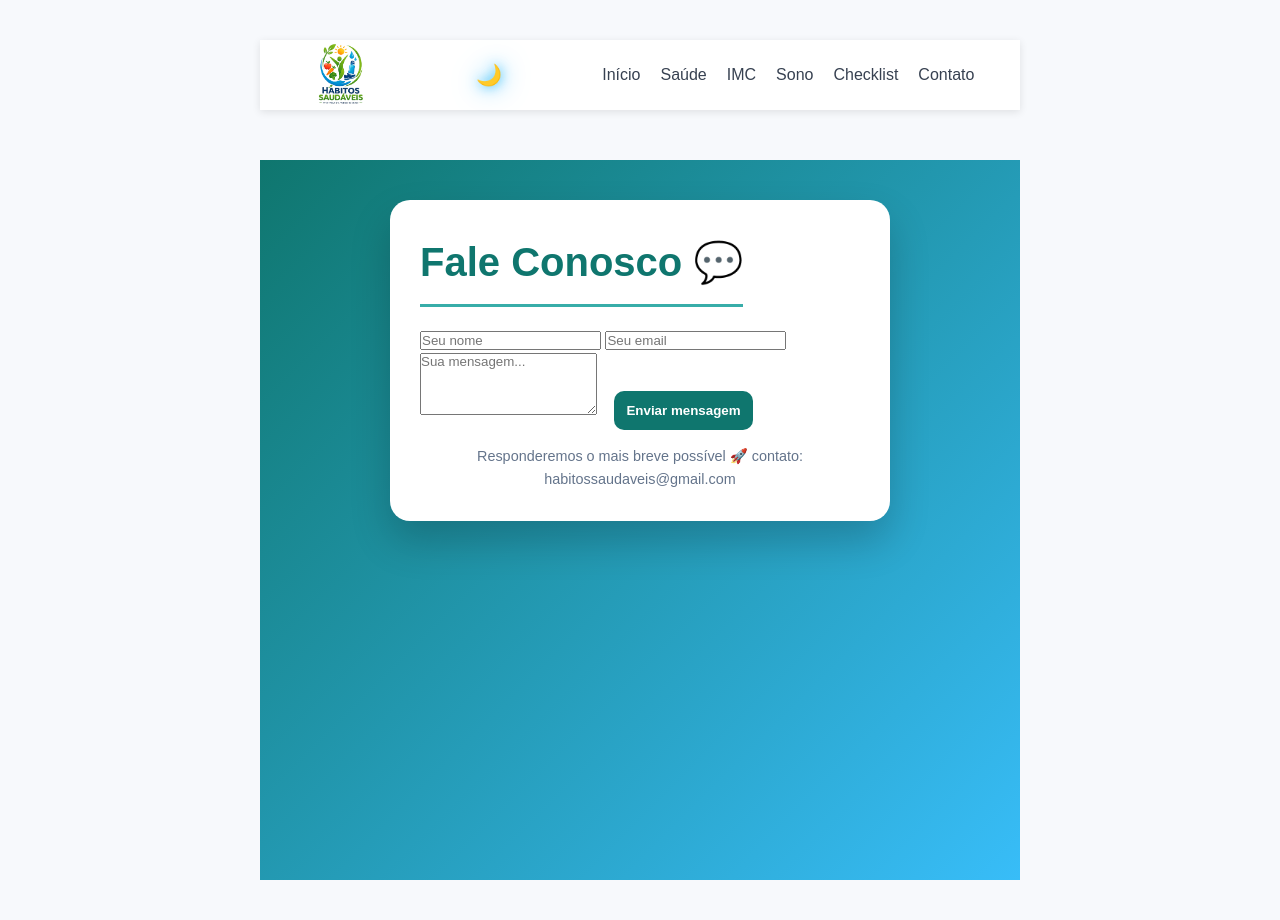
Repository: habitos2026/projetointegrador2026
Page: contato.html
The author's editor kept a copy of each file at every save. The page is drawn from the files as they stood at one save, then again after the next save.
The browser window is 1280 px wide. The pictures show the whole page.

Above is the page before, as saved 2026-06-10 23:24:36.

After the next save:
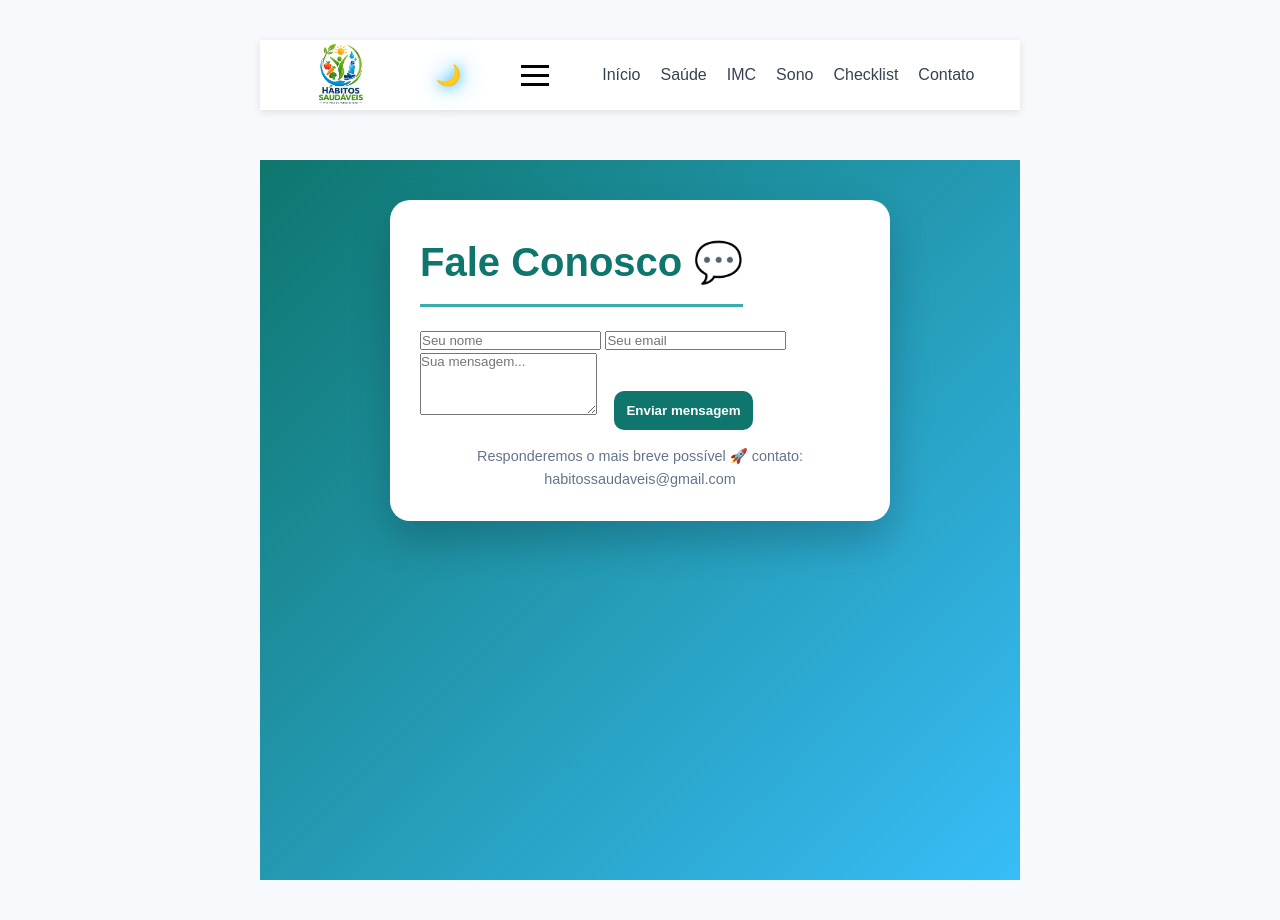
Saved 78 s later.
--- a/estilos.css
+++ b/estilos.css
@@ -462,6 +462,17 @@
 body.dark footer {
     color: #475569;
 }
+
+.botaoMenu{
+        display:flex;
+
+        animation:subir 0.5s ease;
+    }
+
+    .botaoMenu:hover{
+        transform: scale(1.03);
+        filter: drop-shadow(0 0 6px rgba(0,0,0,0.3));
+    }
 
 @keyframes clickEffect {
   0% {

After the 2 saves that followed:
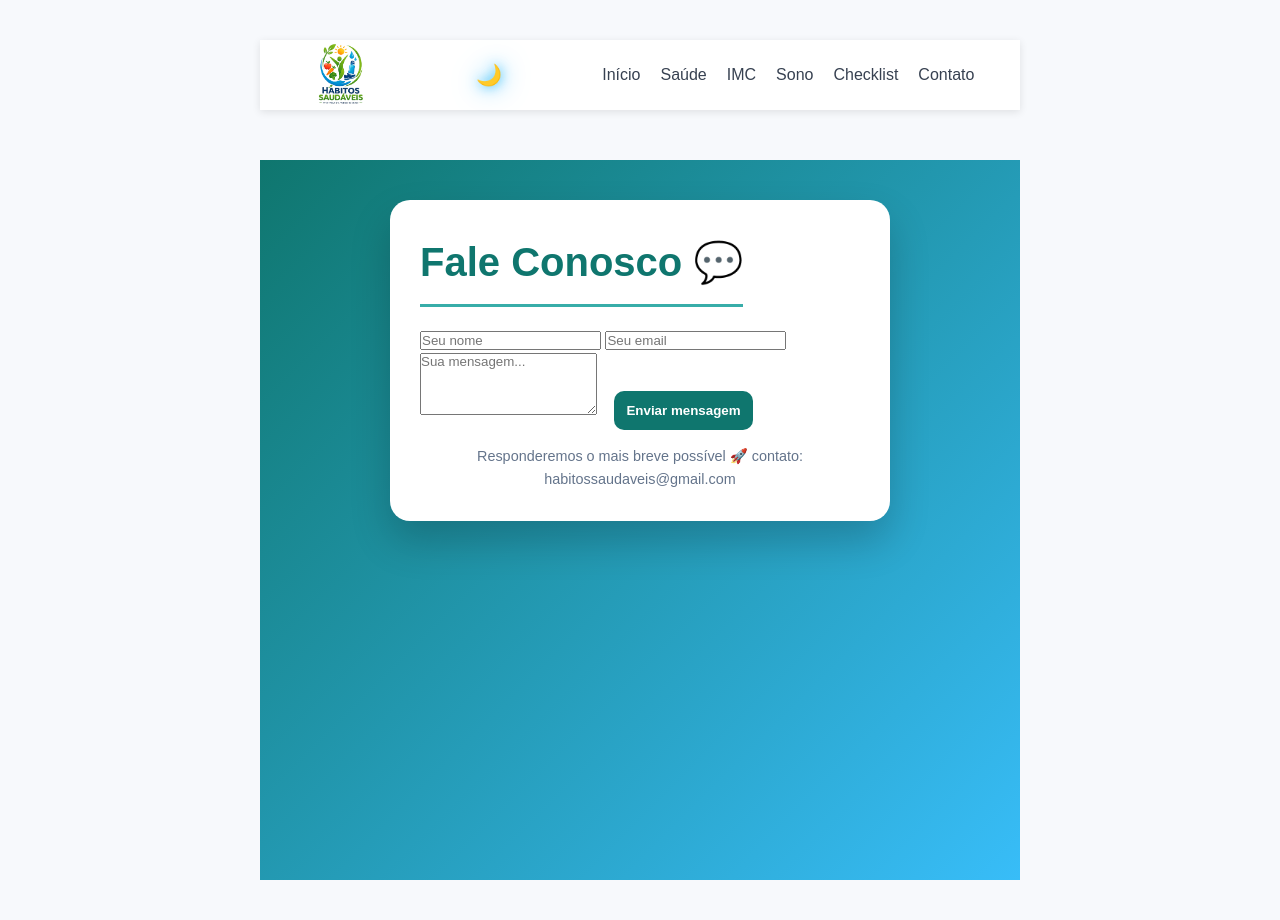
The 2 saves are shown as one change because they came seconds apart.
The last was saved 40 s later.
--- a/estilos.css
+++ b/estilos.css
@@ -463,7 +463,7 @@
     color: #475569;
 }
 
-.botaoMenu{
+body.dark .botaoMenu{
         display:flex;
 
         animation:subir 0.5s ease;
